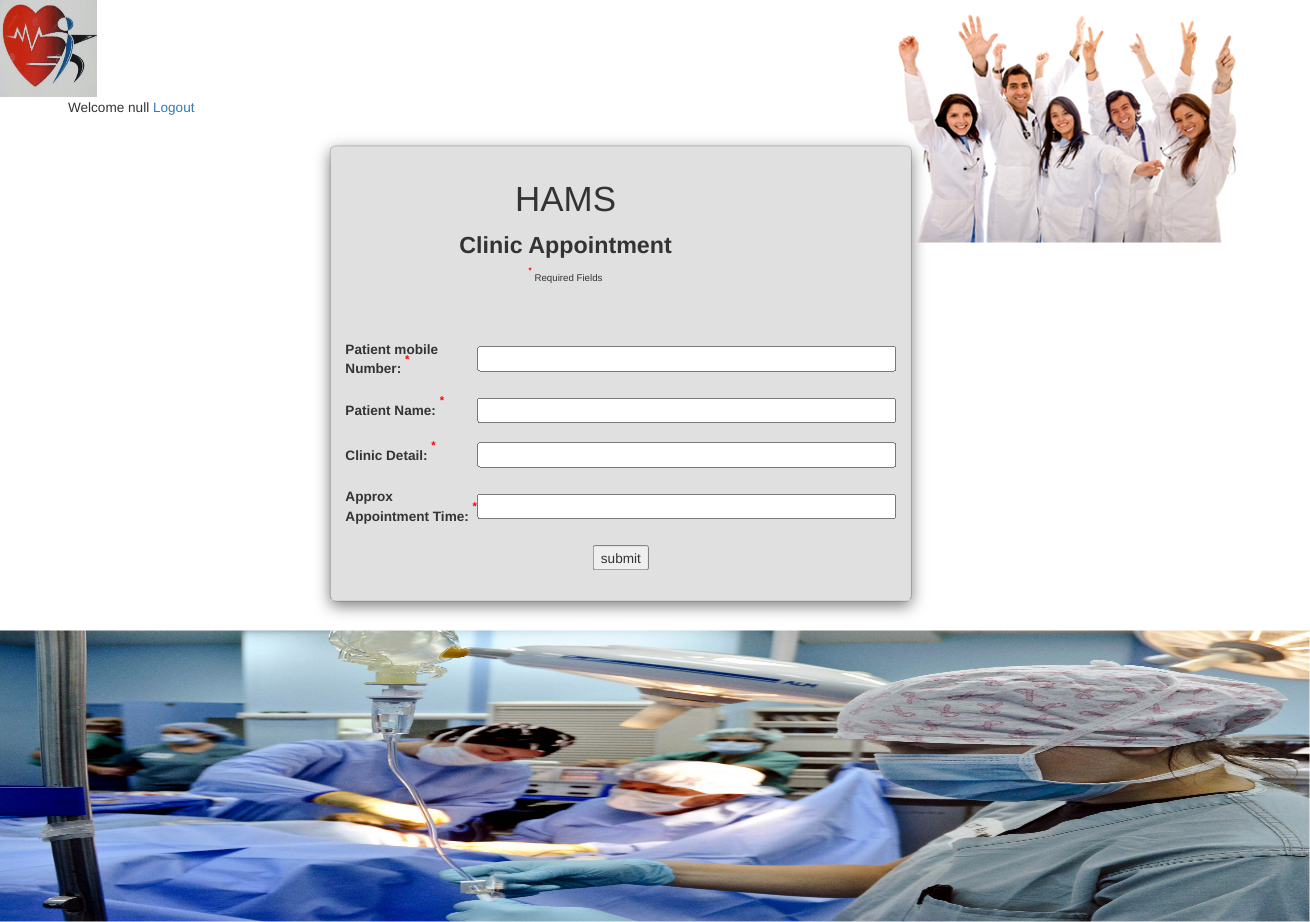
Repository: shiveshk/PullData
Page: http://localhost/Hams/appointment.jsp
An editor plug-in stored every save of this project. The page is shown before and after the next save, followed by the edit.
The browser window is 1280 px wide. The page is 1350 px wide, so the pictures cover 1350 px, including what lies to the right of the window. The pictures show the whole page, at 97% of full size.
The page is served by Tomcat 9. Nobody is signed in. The application's start-up code is not run.

Above is the page before, as saved 2015-11-07 12:15:13.
Console error (its wording comes from the project's code and is left out).

After the next save:
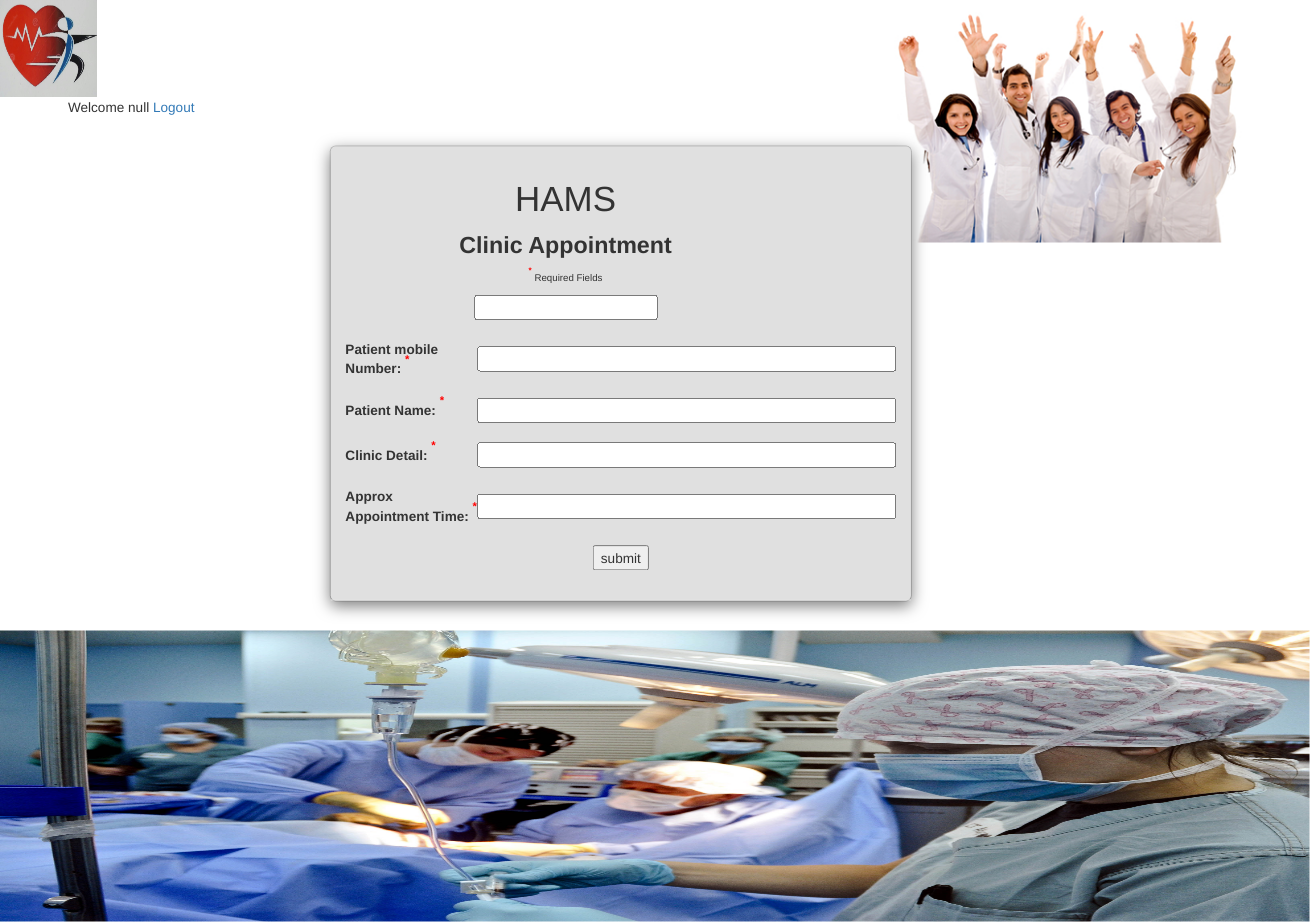
Saved 41 h 20 min later.
--- a/Hams/WebContent/appointment.jsp
+++ b/Hams/WebContent/appointment.jsp
@@ -57,10 +57,11 @@
 	 	 <td><input type="text" id="patient_name" name="patient_name"  size=50 maxlength=5000 /></td>
 	 </tr>
 
+	 <input type="textarea" rows="x" cols="x" />
 
 	 <tr class="row3">
 	 	<td><b>Clinic Detail: <sup>*</sup></b> </td>
-	 	<td><input type="text" id="clinic_detail" name="clinic_detail"  size=50 maxlength=5000 /></td>
+	 	<td><input type="textarea" id="clinic_detail" name="clinic_detail"  size=50 maxlength=5000 rows=5 /></td>
 	 </tr>
 
 

After the save that followed:
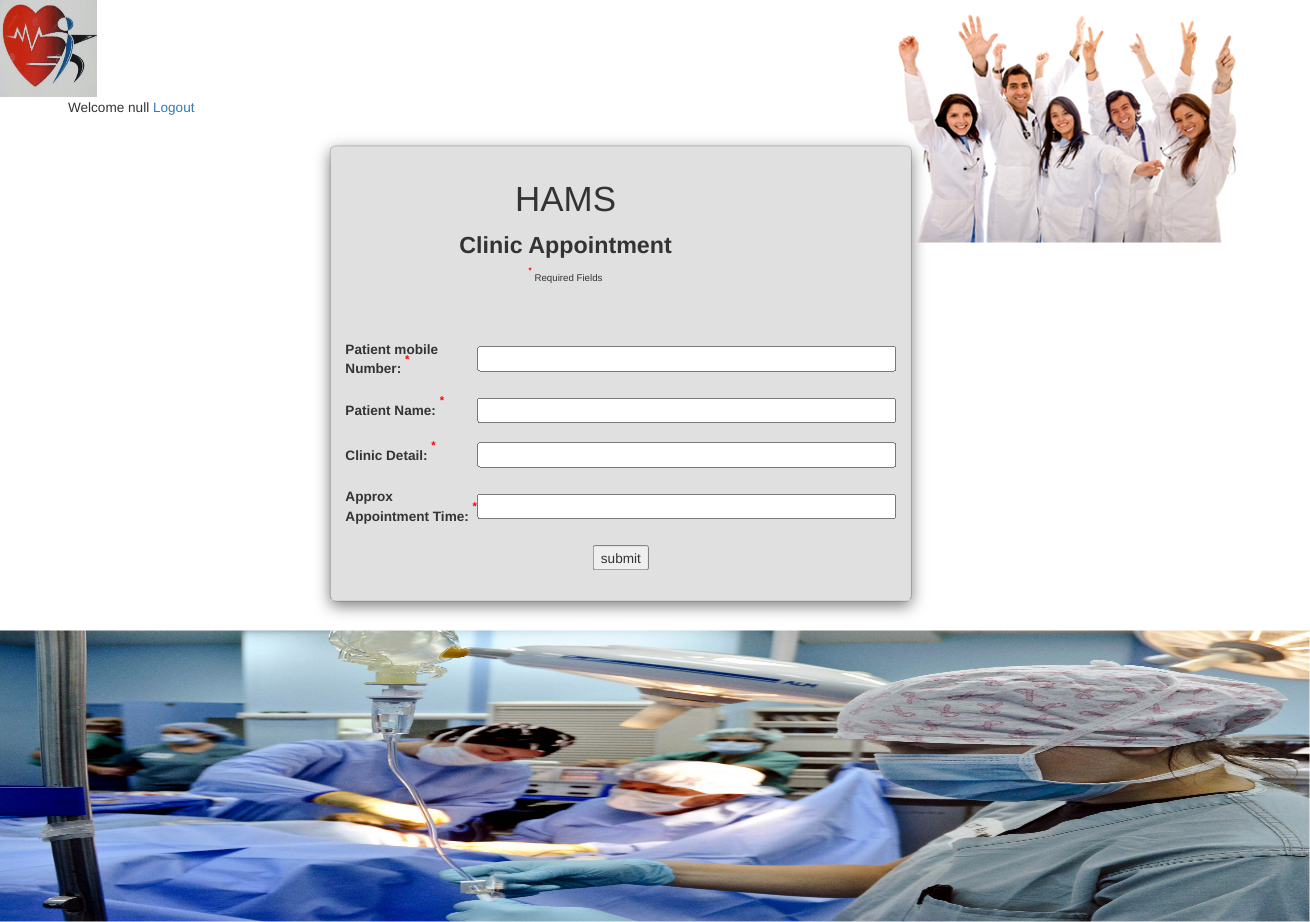
Saved 9 s later.
--- a/Hams/WebContent/appointment.jsp
+++ b/Hams/WebContent/appointment.jsp
@@ -57,7 +57,7 @@
 	 	 <td><input type="text" id="patient_name" name="patient_name"  size=50 maxlength=5000 /></td>
 	 </tr>
 
-	 <input type="textarea" rows="x" cols="x" />
+
 
 	 <tr class="row3">
 	 	<td><b>Clinic Detail: <sup>*</sup></b> </td>
